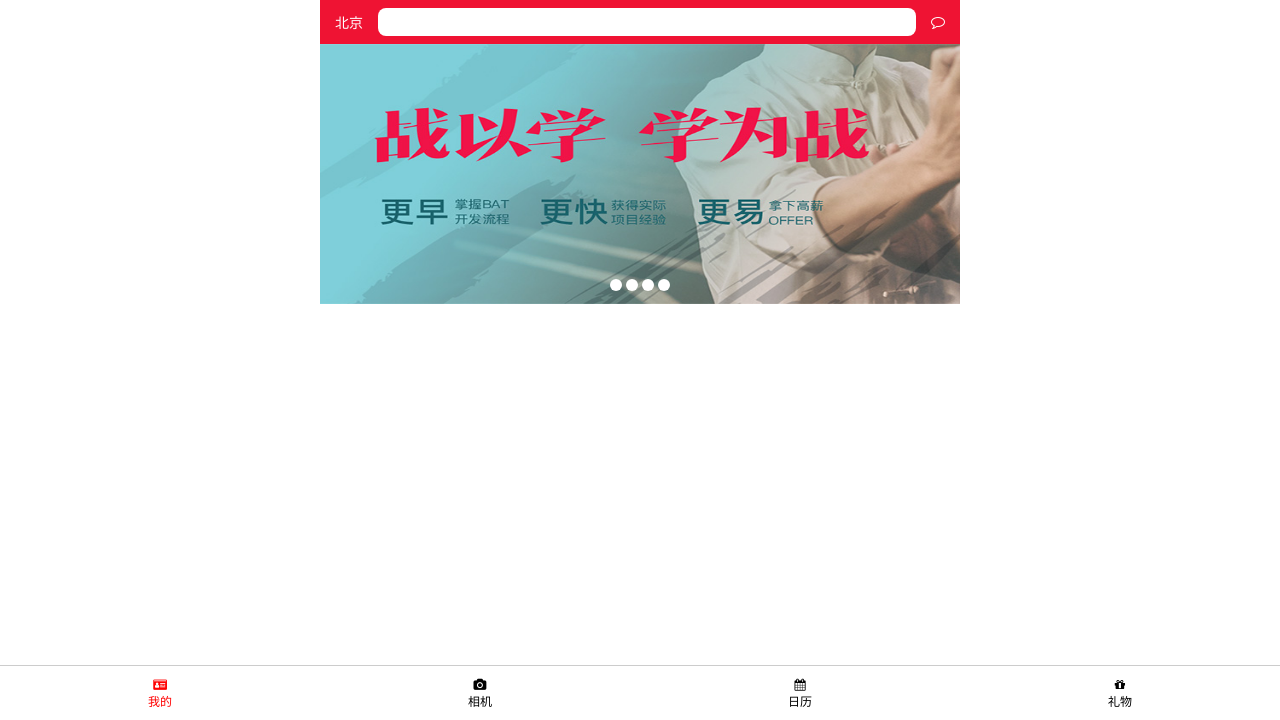
Repository: zhenzhen-gong/flextContent
Page: index.html
The author's editor kept a copy of each file at every save. The page is drawn from the files as they stood at one save, then again after the next save.
The browser window is 1280 px wide. The pictures show the whole page.

Above is the page before, as saved 2020-06-18 17:53:33.

### index.html
<!DOCTYPE html>
<html lang="en">
<head>
    <meta charset="UTF-8">
    <meta name="viewport" content="width=device-width, initial-scale=1.0">
    <title>移动端响应式小项目</title>
    <link rel="stylesheet" href="css/style.css">
    <link rel="stylesheet" href="css/font-awesome/css/font-awesome.min.css">
    <script src="http://cdn.bootcss.com/jquery/1.12.4/jquery.js"></script>
    <script src="script.js"></script>
</head>
<body>
    <div class="Tbox">
        <header>
            <a href="#" class="left-address">北京</a>
            <input class="middle-form" name="search">
            <a href="#" class="right-message">
                <i class="fa fa-comment-o"></i>
            </a>
        </header>
        <section>
            <div class="imgBox">
                <div class="imgcontent active"><img src="img/banner1.jpg" alt="图片加载失败"></div>
                <div class="imgcontent"><img src="img/banner2.jpg" alt="图片加载失败"></div>
                <div class="imgcontent"><img src="img/banner3.jpg" alt="图片加载失败"></div>
                <div class="imgcontent"><img src="img/banner4.jpg" alt="图片加载失败"></div>
            </div>
            <div class="imgCircle">
                <span class="active"></span>
                <span></span>
                <span></span>
                <span></span>
            </div>
        </section>
    </div>
    <footer>
        <div class="active">
            <a href="#" class="active">
                <i class="fa fa-id-card"></i>
            </a>
            我的
        </div>
        <div>
            <a href="#">
                <i class="fa fa-camera"></i>
            </a>
            相机
        </div>
        <div>
            <a href="#">
                <i class="fa fa-calendar"></i>
            </a>
            日历
        </div>
        <div>
            <a href="#">
                <i class="fa fa-gift"></i>
            </a>
            礼物
        </div>
    </footer>
</body>
</html>

### css/style.css
/* css初始化 */
*{
    margin: 0;
    padding: 0;
    border: none;
}
body{
    font-size: 14px;
    font-family: 'Franklin Gothic Medium', 'Arial Narrow', Arial, sans-serif;
}
a{
    text-decoration: none;
    color: black;
}
/* 正文部分 */
.Tbox{
    width: 640px;
    position: absolute;
    left: 0;
    right: 0;
    margin: 0 auto;
    background: sandybrown;
}
/* 头部导航 */
.Tbox>header{
   height: 44px;
   padding: 0 15px;
   background: #ef1333;
   display: flex;
   align-items: center;
}
.Tbox>header>a.left-address{
    margin-right: 15px;
    color: #ffffff;
}
.Tbox>header>input.middle-form{
   flex: 1;
   box-sizing: border-box;
   height: 28px;
   border-radius: 8px;
   border: none;
}
.Tbox>header>a.right-message{
    margin-left: 15px;
    color: #ffffff;
}
/* 图片轮播 */
section>div.imgBox{
    height: 260px;
    width: 100%;
    position: relative;
    overflow: hidden;
}
section>div.imgBox>div.imgcontent{
    position: absolute;
    height: 100%;
    width: 100%;
    overflow: hidden;
    display: none;
}
section>div.imgBox>div.active{
    display: block;
}
section>div.imgBox>div.imgcontent>img{
    width: 100%;
    height: 100%;
}
/* 控制图片切换的圆点 */
section>div.imgCircle{
    position: absolute;
    bottom: 10px;
    width: 100%;
    text-align: center;
}
section>div.imgCircle>span{
    display: inline-block;
    height: 12px;
    width: 12px;
    border-radius: 50%;
    background: #ffffff;
}


/* 页脚部分 */
footer{
    position: fixed;
    bottom: 0;
    height: 54px;
    width: 100%;
    font-size: 12px;
    display: flex;
    align-items: center;
    text-align: center;
    background: #ffffff;;
    border-top: 1px solid #cccccc;
}
footer>div{
    flex: 1;
}
footer>div.active{
    color: red;
}
footer>div>a{
    display: block;
}
footer>div>a.active{
    color: red;
}

### script.js
window.onload = function () {





}

Loaded but not shown: css/font-awesome/css/font-awesome.min.css (library)

After the next save:
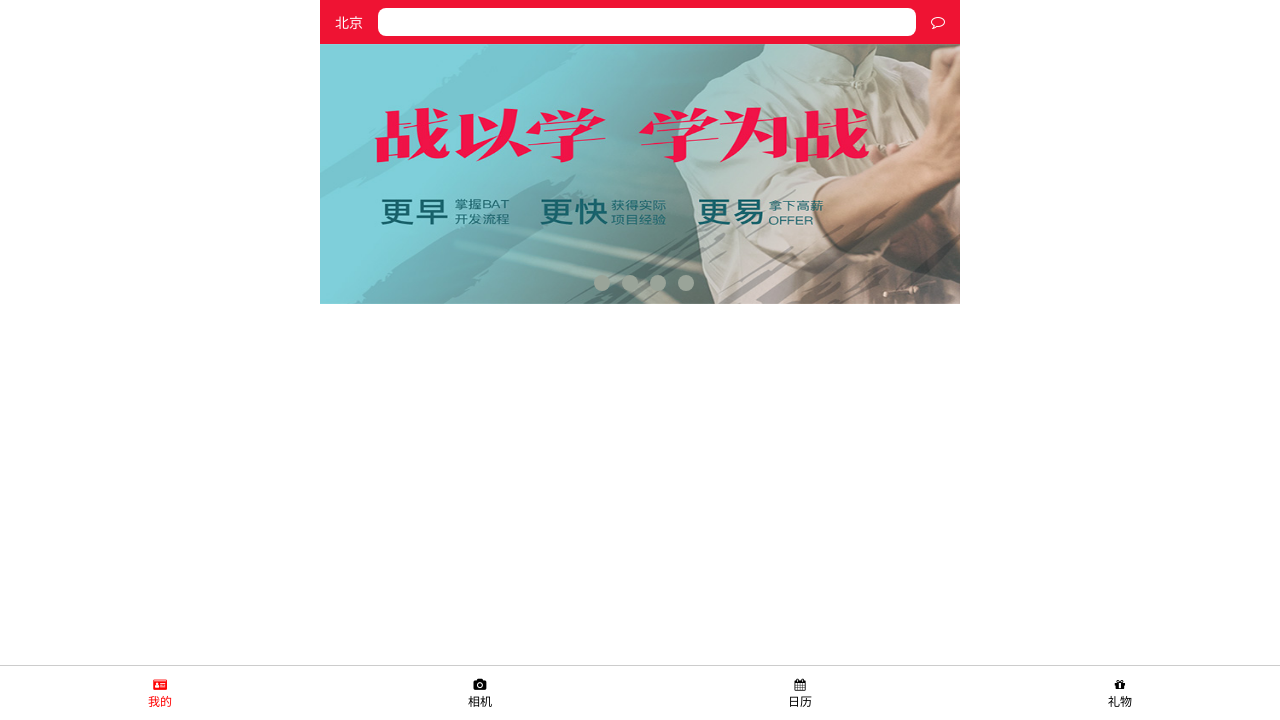
Saved 32 s later.
--- a/css/style.css
+++ b/css/style.css
@@ -74,11 +74,14 @@
 }
 section>div.imgCircle>span{
     display: inline-block;
-    height: 12px;
-    width: 12px;
+    height: 16px;
+    width: 16px;
     border-radius: 50%;
-    background: #ffffff;
+    background: #9aa499;
+    cursor: pointer;
+    margin-left: 8px;
 }
+
 
 
 /* 页脚部分 */
